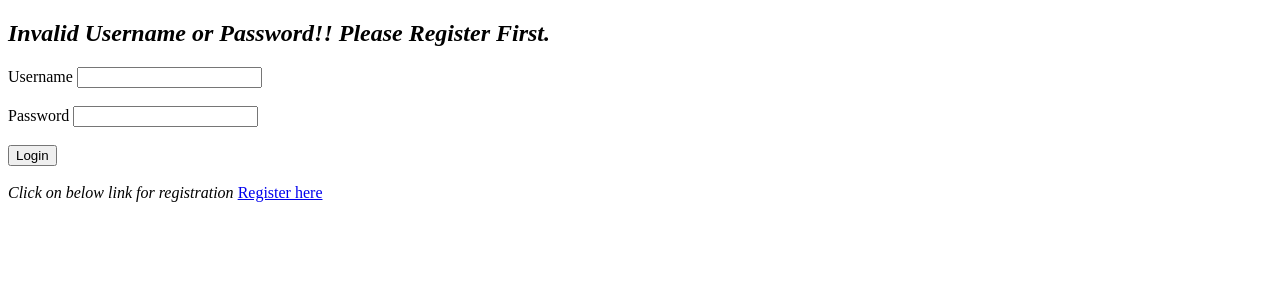
Repository: SwatiJajoriya/JPAForeignKey
Page: http://localhost/SportyShoes/fail.jsp
The author's editor kept a copy of each file at every save. The page is drawn from the files as they stood at one save, then again after the next save.
The browser window is 1280 px wide. The pictures show the whole page.
The page is served by Tomcat 9. Other server files are loaded and not shown.

Above is the page before, as saved 2023-01-28 12:39:04.

### SportyShoes/src/main/webapp/fail.jsp
<%@ page language="java" contentType="text/html; charset=ISO-8859-1"
    pageEncoding="ISO-8859-1"%>
<!DOCTYPE html>
<html>
<head>
<meta charset="ISO-8859-1">
<title>Insert title here</title>
</head>
<body>
<h2><i>Invalid Username or Password!! Please Register First.</i></h2>
<%@include file="userlogin.jsp" %>
<br>
<i>Click on below link for registration</i>
<a href="registeruser.jsp">Register here </a>
</body>
</html>

### SportyShoes/src/main/webapp/userlogin.jsp
<%@ page language="java" contentType="text/html; charset=ISO-8859-1"
    pageEncoding="ISO-8859-1"%>
<!DOCTYPE html>
<html>
<head>
<meta charset="ISO-8859-1">
<title>Insert title here</title>
</head>
<body>

<form action="userlogin">

Username <input type="text" name="username"><br><br>

Password <input type="password" name="password"><br><br>

<input type="submit" value="Login">

</form>
</body>
</html>

After the next save:
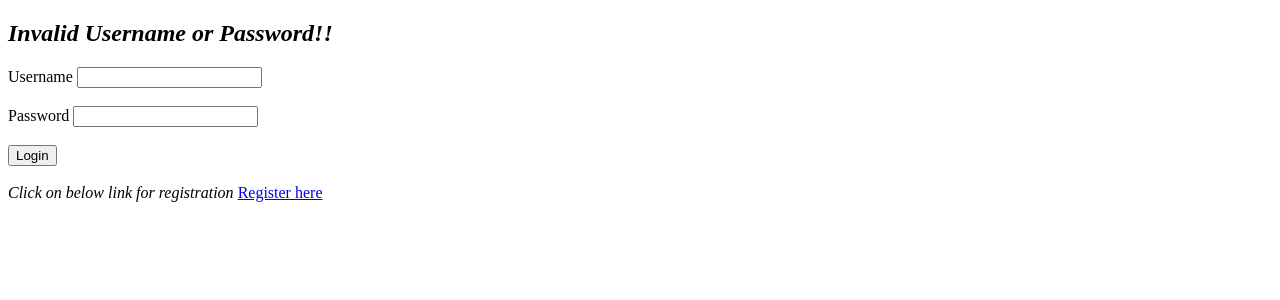
Saved 2 min 17 s later.
--- a/SportyShoes/src/main/webapp/fail.jsp
+++ b/SportyShoes/src/main/webapp/fail.jsp
@@ -7,7 +7,7 @@
 <title>Insert title here</title>
 </head>
 <body>
-<h2><i>Invalid Username or Password!! Please Register First.</i></h2>
+<h2><i>Invalid Username or Password!!</i></h2>
 <%@include file="userlogin.jsp" %>
 <br>
 <i>Click on below link for registration</i>
